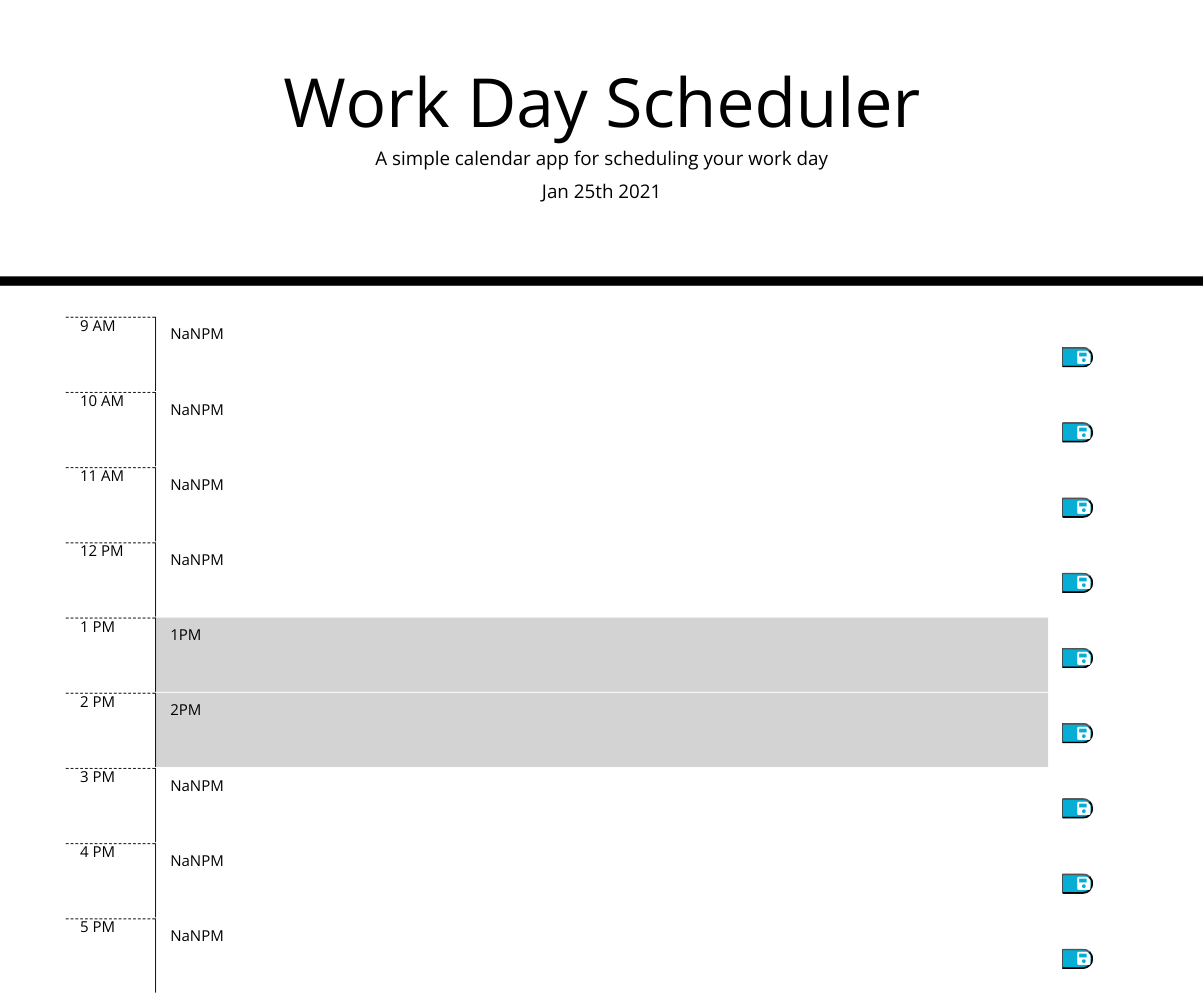
Repository: UPye/workDayScheduler
Page: index.html
The author's editor kept a copy of each file at every save. The page is drawn from the files as they stood at one save, then again after a run of saves.
The browser window is 1280 px wide. The pictures show the whole page, at 94% of full size.
Some web libraries are served in a nearby version.

Above is the page before, as saved 2021-01-25 21:59:30.

### index.html
<!DOCTYPE html>
<html lang="en">
  <head>
    <meta charset="UTF-8" />
    <meta name="viewport" content="width=device-width, initial-scale=1.0" />
    <meta http-equiv="X-UA-Compatible" content="ie=edge" />
    <link
      rel="stylesheet"
      href="https://stackpath.bootstrapcdn.com/bootstrap/4.3.1/css/bootstrap.min.css"
    />
    <link
      rel="stylesheet"
      href="https://use.fontawesome.com/releases/v5.8.1/css/all.css"
      integrity="sha384-50oBUHEmvpQ+1lW4y57PTFmhCaXp0ML5d60M1M7uH2+nqUivzIebhndOJK28anvf"
      crossorigin="anonymous"
    />
    <link
      href="https://fonts.googleapis.com/css?family=Open+Sans&display=swap"
      rel="stylesheet"
    />
    <link rel="stylesheet" href="./assets/CSS/style.css" />
    <title>Work Day Scheduler</title>
  </head>

  <body>
    <header class="jumbotron">
      <h1 class="display-3">Work Day Scheduler</h1>
      <p class="lead">A simple calendar app for scheduling your work day</p>
      <p id="currentDay" class="lead"></p>
    </header>

      <!-- Timeblocks go here -->
    <main class="container">
      <section class="row timeblocks" id="ls">
        <div class="col-1 hour">9 AM</div>
        <textarea id="hour-9" class="task col-10" name="server" autocomplete="off"></textarea>
        <div class="col-1 save">
          <button type="button" id="save-9" data-id="9" class="saveBtn col-1"><i class="fas fa-save"></i></button>
        </div>
      </section>
      <section class="row timeblocks">
        <div class="col-1 hour">10 AM</div>
        <textarea id="hour-10" class="col-10 task" placeholder="" autocomplete="off"></textarea>
        <div class="col-1 save">
          <button type="button" id="save-10" data-id="10" class="saveBtn col-1"><i class="fas fa-save"></i></button>
        </div>
      </section>
      <section class="row timeblocks">
        <div class="col-1 hour">11 AM</div>
        <textarea id="hour-11" class="col-10 task" placeholder="" autocomplete="off"></textarea>
        <div class="col-1 save">
          <button type="button" id="save-11" data-id="11" class="saveBtn col-1"><i class="fas fa-save"></i></button>
        </div>
      </section>
      <section class="row timeblocks">
        <div class="col-1 hour">12 PM</div>
        <textarea id="hour-12" class="col-10 task" placeholder="" autocomplete="off"></textarea>
        <div class="col-1 save">
          <button type="button" id="save-12" data-id="12" class="saveBtn col-1"><i class="fas fa-save"></i></button>
        </div>
      </section>
      <section class="row timeblocks">
        <div class="col-1 hour">1 PM</div>
        <textarea id="hour-1" data-id="1" class="task col-10" placeholder="" autocomplete="off"></textarea>
        <div class="col-1 save">
          <button type="button" id="save-1" data-id="1" class="saveBtn col-1"><i class="fas fa-save"></i></button>
        </div>
      </section>
      <section class="row timeblocks">
        <div class="col-1 hour">2 PM</div>
        <textarea id="hour-2" data-id="2" class="task col-10" placeholder="" autocomplete="off"></textarea>
        <div class="col-1 save">
          <button type="button" id="save-2" data-id="2" class="saveBtn col-1"><i class="fas fa-save"></i></button>
        </div>
      </section>
      <section class="row timeblocks">
        <div class="col-1 hour">3 PM</div>
        <textarea id="hour-3" class="task col-10" placeholder="" autocomplete="off"></textarea>
        <div class="col-1 save">
          <button type="button" id="save-3" data-id="3" class="saveBtn col-1"><i class="fas fa-save"></i></button>
        </div>
      </section>
      <section class="row timeblocks">
        <div class="col-1 hour">4 PM</div>
        <textarea id="hour-4" class="task col-10" placeholder="" autocomplete="off"></textarea>
        <div class="col-1 save">
          <button type="button" id="save-4" data-id="4" class="saveBtn col-1"><i class="fas fa-save"></i></button>
        </div>
      </section>
      <section class="row timeblocks">
        <div class="col-1 hour">5 PM</div>
        <textarea id="hour-5" class="task col-10" placeholder="" autocomplete="off"></textarea>
        <div class="col-1 save">
          <button type="button" id="save-5" data-id="5" class="saveBtn col-1"><i class="fas fa-save"></i></button>
        </div>
      </section>
    </div>

    <script src="https://code.jquery.com/jquery-3.4.1.min.js"></script>
    <script src="https://cdnjs.cloudflare.com/ajax/libs/moment.js/2.24.0/moment.min.js"></script>
    <script src="./assets/JS/script.js"></script>
  </body>
</html>

### assets/CSS/style.css
body {
  font-family: 'Open Sans', sans-serif;
  font-size: 16px;
  line-height: 1;
}

textarea {
  background: transparent;
  border: none;
  resize: none;
  color: #000000;
  border-left: 1px solid black;
  padding: 10px;
}

.jumbotron {
  text-align: center;
  background-color: transparent;
  color: black;
  border-radius: 0;
  border-bottom: 10px solid black;
}

.description {
  white-space: pre-wrap;
}

.time-block {
  text-align: center;
  border-radius: 15px;
}

.row {
  white-space: pre-wrap;
  height: 80px;
  border-top: 1px solid white;;
}

.hour {
  background-color: #ffffff;
  color: #000000;
  border-top: 1px dashed #000000;
}

.past {
  background-color: #d3d3d3;
  color: black;
}

.present {
  background-color: #ff6961;
  color: black;
}

.future {
  background-color: #77dd77;
  color: black;
}

.saveBtn {
  border-left: 1px solid black;
  border-top-right-radius: 15px;
  border-bottom-right-radius: 15px;
  background-size: 1px 100px;
  background-color: #06AED5;
  color: white;
}

.saveBtn i:hover {
  font-size: 20px;
  transition: all .3s ease-in-out;
}

### assets/JS/script.js
// Displays the date at the top
var date = moment().format("MMM Do YYYY");
$("#currentDay").text(date);

// Continually check for the time, in case task due dates are approaching
var currentTime = parseInt(moment().format("H"));
var aryTasks = [];


// Listens for click events on clickable items
$("button").on("click", function(event) {

    var calendarEntryId = $(this).attr("data-id");
    var calendarTextElement = "#hour-" + calendarEntryId;
    var calendarText = $(calendarTextElement).val();

    console.log(calendarText);

    var createObject = {
        hour: parseInt(calendarEntryId),
        task: calendarText
    };

    aryTasks.push(createObject);

    // Upload input to localStorage
    localStorage.setItem("taskData", JSON.stringify(aryTasks));
});

var updateInfo = function () {
    date = moment();
    datetime.html(date.format("dddd, MMMM Do YYYY, h:mm:ss a"));
};


// Check if task is in the past, present, or future
$("textarea").each(function() {
    var calendarTime = parseInt($(this).attr("data-id"));
        $(this).removeClass("past");
        $(this).removeClass("present");
        $(this).removeClass("future");

        // Get data from the localStorage
        if (calendarTime >= 9 && calendarTime <= 11){
            $(this).val(calendarTime + "AM");
        } else {
            $(this).val(calendarTime + "PM");
        }
        if (calendarTime < currentTime) {
            $(this).addClass("past");
        }
        else if (calendarTime === currentTime) {
            $(this).addClass("present");
        }
        else if (calendarTime > currentTime) {
            $(this).addClass("future");
        };
});

aryTasks = JSON.parse(localStorage.getItem("taskData")) || [];

var renderData = function() {
    for(i=0; i < aryTasks.length; i++) {
        let input = $("#hour-" + aryTasks[i].hour);
        input.val(aryTasks[i].task);
    }
};

renderData();

After the next 3 saves:
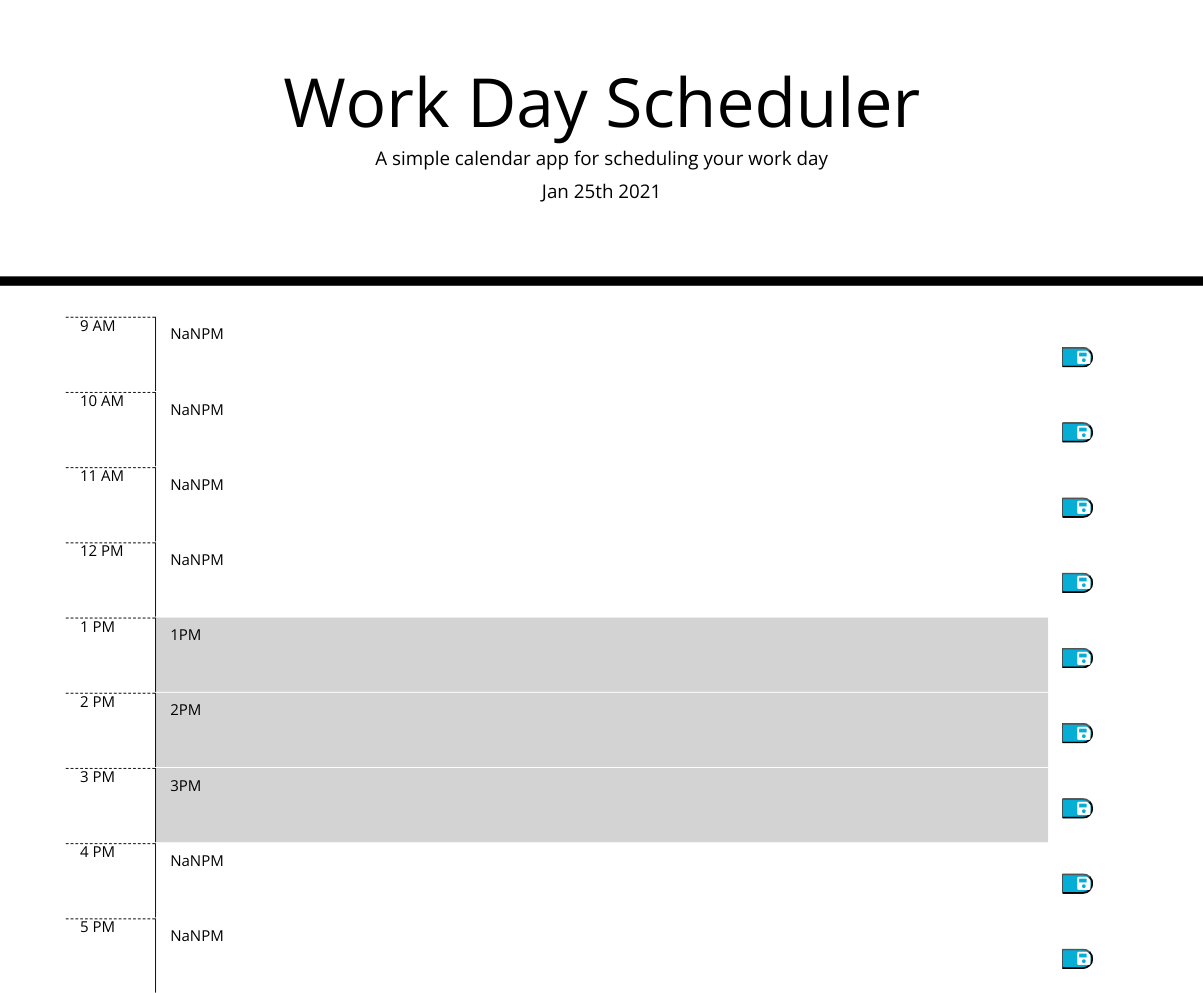
The 3 saves are shown as one change because they came seconds apart.
The last was saved 13 s later.
--- a/index.html
+++ b/index.html
@@ -75,7 +75,7 @@
       </section>
       <section class="row timeblocks">
         <div class="col-1 hour">3 PM</div>
-        <textarea id="hour-3" class="task col-10" placeholder="" autocomplete="off"></textarea>
+        <textarea id="hour-3" data-id="3" class="task col-10" placeholder="" autocomplete="off"></textarea>
         <div class="col-1 save">
           <button type="button" id="save-3" data-id="3" class="saveBtn col-1"><i class="fas fa-save"></i></button>
         </div>
